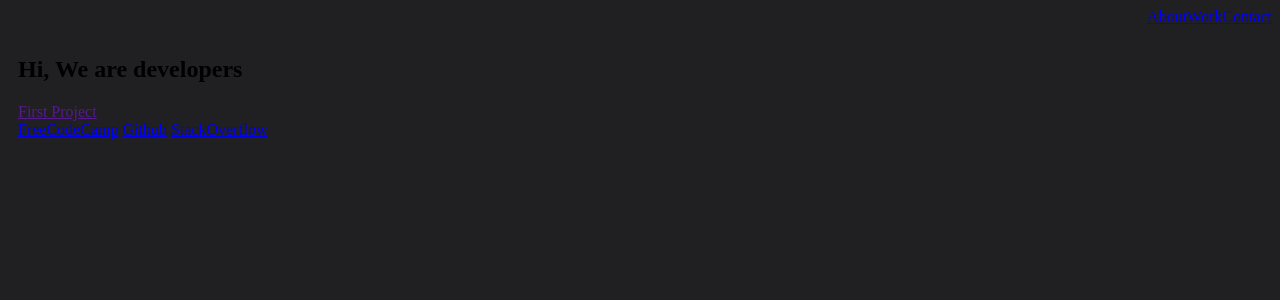
Repository: justicebhekani88/microverse_portfolio_project
Page: index.html
The author's editor kept a copy of each file at every save. The page is drawn from the files as they stood at one save, then again after the next save.
The browser window is 1280 px wide. The pictures show the whole page.

Above is the page before, as saved 2022-07-21 14:41:44.

After the next save:
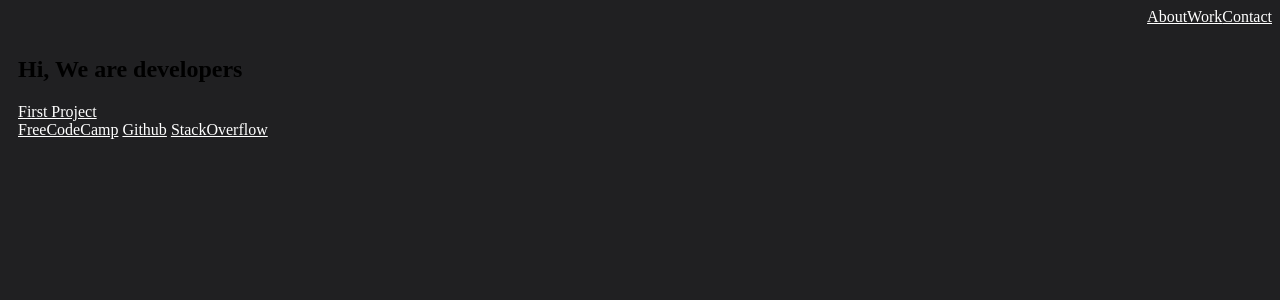
Saved 11 s later.
--- a/style.css
+++ b/style.css
@@ -7,3 +7,7 @@ nav {
     display: flex;
     justify-content: flex-end;
 }
+
+a {
+    color: white;
+}
